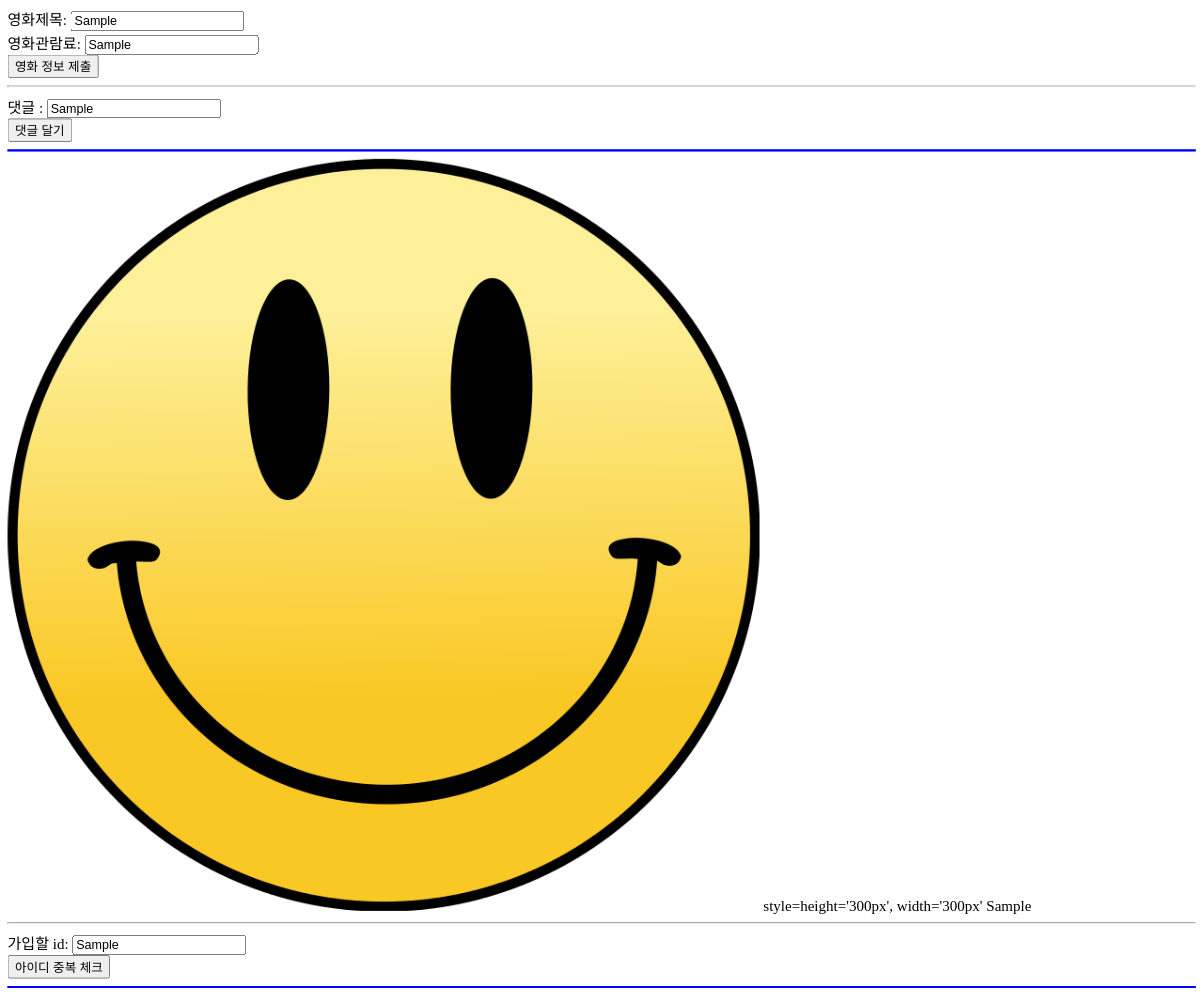
Repository: syshin0116/Himedia
Page: http://localhost/spring05/ajax4.jsp
The author's editor kept a copy of each file at every save. The page is drawn from the files as they stood at one save, then again after the next save.
The browser window is 1280 px wide. The pictures show the whole page, at 94% of full size.
Empty fields were first filled with sample values (such as "Sample", 5 or name@example.com).
After loading, the first visible `#b2` was clicked once.
The page is served by Tomcat 9. Other server files are loaded and not shown.

Above is the page before, as saved 2022-02-18 05:25:39.

### Java/-0218-master/spring05/src/main/webapp/ajax4.jsp
<%@ page language="java" contentType="text/html; charset=UTF-8"
    pageEncoding="UTF-8"%>
<!DOCTYPE html>
<html>
<head>
<meta charset="UTF-8">
<title>Insert title here</title>
<script type="text/javascript" src="resources/js/jquery-3.6.0.min.js"></script>
<script type="text/javascript">
$(function() { //dom(document object model) tree)
	//body dom tree로 ram에 읽어들인 후,
	//function을 실행하라. 익명함수
	//var a = 100
	//let a = 100
	//table-tr-td
	//   body -- 주소 :  table : 주소-- tr
	$('#b1').click(function() {
		//JSON(JavaScript Object Notaion, 제이슨 {}를 사용)
		$.ajax({
			url: "movie",
			data: {
				title : $('#title').val(),
				price : $('#price').val()
			},
			success: function(result) {
				alert(result)
				$('#d2').html(result)
			},
			error: function() {
				alert('ajax 실패.@@')
			}
		})//ajax
	})//b1
	$('#b2').click(function() {
		$.ajax({
			url: "reply",
			data: {
				reply : $('#reply').val()
			},
			success: function(result) {
				alert(result)
				$('#d1').append("<img src='resources/img/smiley.png'> style=height='300px', width='300px' ")
				$('#d1').append(result + "<br>")
			},
			error: function() {
				alert('ajax 실패.@@')
			}
		})//ajax
	})//b3
	$('#b3').click(function() {
		$.ajax({
			url: "reply",
			data: {
				user : $('#reply').val()
			},
			success: function(result) {
				alert(result)
				$('#d2').html(result)
			},
			error: function() {
				alert('ajax 실패.@@')
			}
		})//ajax
	})//b3
})//$
</script>
</head>
<body>
	영화제목: <input type="text" name="title" id="title"><br>
	영화관람료: <input type="text" name="price" id="price"><br>
	<button id="b1">영화 정보 제출</button>
<hr>
	댓글 : <input type="text" name="reply" id="reply"><br>
	<button id="b2">댓글 달기</button>
<hr color="blue">
<div id="d1"></div>
<hr>
	가입할 id: <input type="text" name="user" id="user"><br>
	<button id="b3">아이디 중복 체크</button>
<hr color="blue">
<div id="d2"></div>
</body>
</html>

### Java/-0218-master/spring05/src/main/webapp/WEB-INF/views/reply.jsp
<%@ page language="java" contentType="text/html; charset=EUC-KR"
    pageEncoding="UTF-8"%>${result}

Loaded but not shown: Java/-0218-master/spring05/src/main/webapp/resources/js/jquery-3.6.0.min.js (library)

After the next save:
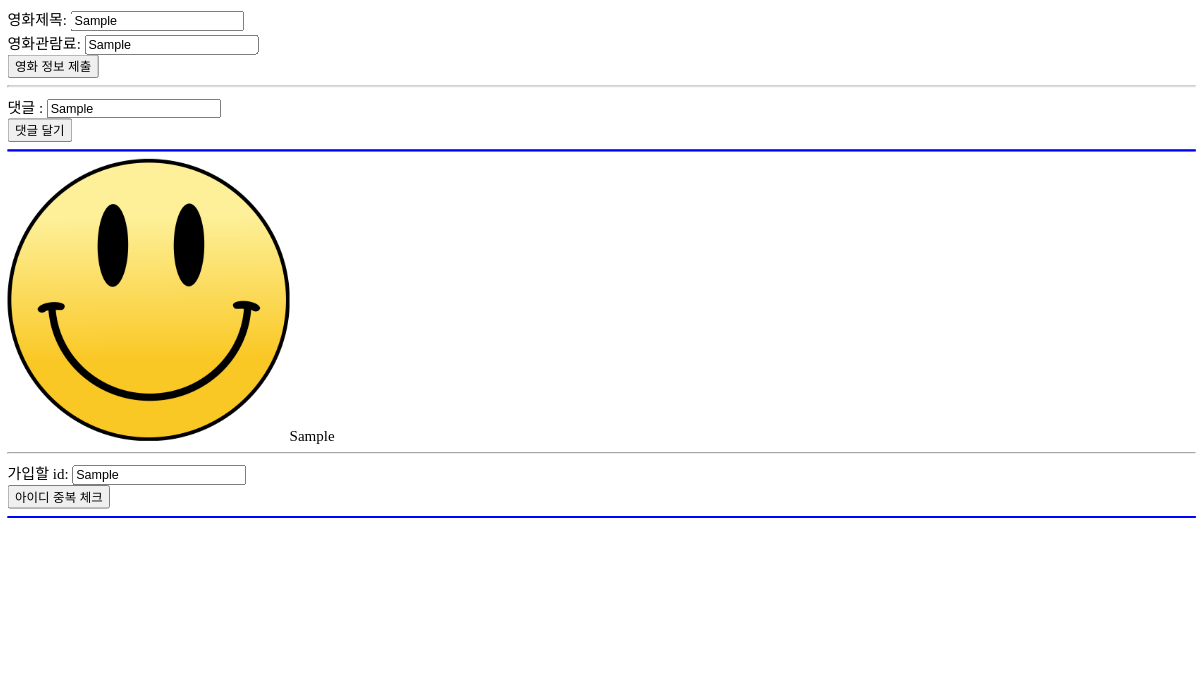
Saved 18 s later.
--- a/Java/-0218-master/spring05/src/main/webapp/ajax4.jsp
+++ b/Java/-0218-master/spring05/src/main/webapp/ajax4.jsp
@@ -39,7 +39,7 @@ $(function() { //dom(document object model) tree)
 			},
 			success: function(result) {
 				alert(result)
-				$('#d1').append("<img src='resources/img/smiley.png'> style=height='300px', width='300px' ")
+				$('#d1').append("<img src='resources/img/smiley.png' style=height='300px', width='300px' >")
 				$('#d1').append(result + "<br>")
 			},
 			error: function() {
